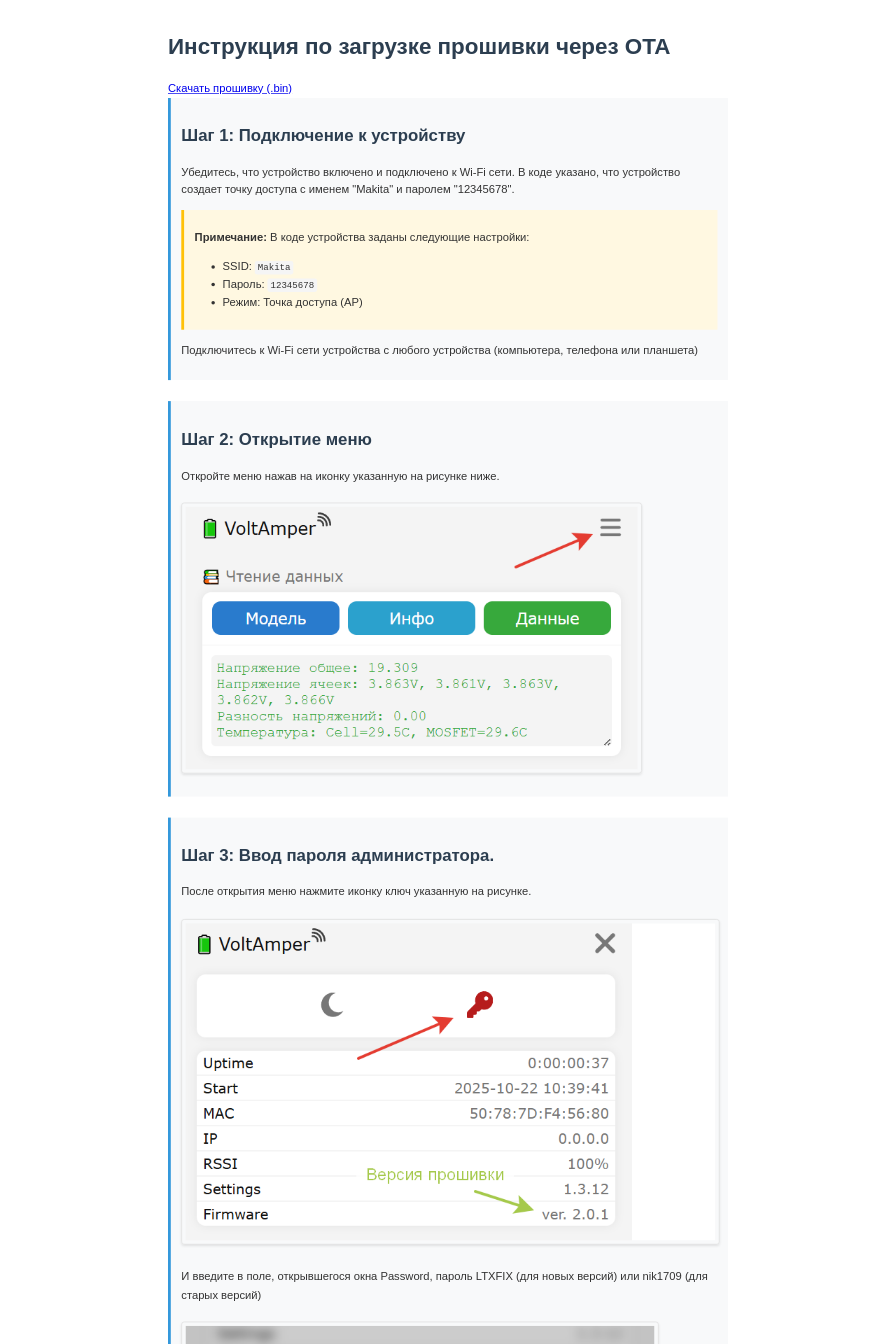
Repository: NikElectronics/ELIXStoFIX
Page: firmware.html
An editor plug-in stored every save of this project. The page is shown before and after the next save, followed by the edit.
The browser window is 1280 px wide. The pictures show the part of the page from y = 0 to 1920 px (the page is 5209 px tall before and 5250 px after), at 70% of full size.

Above is the page before, as saved 2025-10-22 10:40:48.

### firmware.html
<!DOCTYPE html>
<html lang="ru">

<head>
    <meta charset="UTF-8">
    <meta name="viewport" content="width=device-width, initial-scale=1.0">
    <title>Инструкция по OTA-обновлению</title>
    <style>
        body {
            font-family: Arial, sans-serif;
            line-height: 1.6;
            max-width: 800px;
            margin: 0 auto;
            padding: 20px;
            color: #333;
        }

        h1,
        h2,
        h3 {
            color: #2c3e50;
        }

        .step {
            margin-bottom: 30px;
            padding: 15px;
            border-left: 4px solid #3498db;
            background-color: #f8f9fa;
        }

        .screenshot {
            max-width: 100%;
            border: 1px solid #ddd;
            border-radius: 4px;
            padding: 5px;
            margin: 10px 0;
            box-shadow: 0 2px 4px rgba(0, 0, 0, 0.1);
        }

        .note {
            background-color: #fff8e1;
            border-left: 4px solid #ffc107;
            padding: 10px 15px;
            margin: 15px 0;
        }

        .warning {
            background-color: #ffebee;
            border-left: 4px solid #f44336;
            padding: 10px 15px;
            margin: 15px 0;
        }

        code {
            background-color: #f5f5f5;
            padding: 2px 4px;
            border-radius: 3px;
            font-family: monospace;
        }
    </style>
</head>

<body>
    <h1>Инструкция по загрузке прошивки через OTA</h1>
    <a href="files/lxtfix_V201.bin" download>Скачать прошивку (.bin)</a>
    <div class="step">
        <h2>Шаг 1: Подключение к устройству</h2>
        <p>Убедитесь, что устройство включено и подключено к Wi-Fi сети. В коде указано, что устройство создает точку
            доступа с именем "Makita" и паролем "12345678".</p>
        <div class="note">
            <p><strong>Примечание:</strong> В коде устройства заданы следующие настройки:</p>
            <ul>
                <li>SSID: <code>Makita</code></li>
                <li>Пароль: <code>12345678</code></li>
                <li>Режим: Точка доступа (AP)</li>
            </ul>
        </div>
        <p>Подключитесь к Wi-Fi сети устройства с любого устройства (компьютера, телефона или планшета)</p>

    </div>

    <div class="step">
        <h2>Шаг 2: Открытие меню</h2>
        <p>Откройте меню нажав на иконку указанную на рисунке ниже. </p>
        <img src="images/menu.png" alt="Главная страница веб-интерфейса" class="screenshot">
    </div>

    <div class="step">
        <h2>Шаг 3: Ввод пароля администратора.</h2>
        <p>После открытия меню нажмите иконку ключ указанную на рисунке.</p>
        <img src="images/menu_open.png" alt="Главная страница веб-интерфейса" class="screenshot">
        <p>И введите в поле, открывшегося окна Password, пароль LTXFIX (для новых версий) или nik1709 (для старых
            версий)</p>
        <img src="images/password.png" alt="Главная страница веб-интерфейса" class="screenshot">
    </div>

    <div class="step">
        <h2>Шаг 4: Выбор прошивки</h2>
        <p>После ввода правильного пароля иконка ключа станет зеленым и появится иконка ОТА (облако)".</p>
        <p>Нажав на иконку OTA откроется прводник файлов вашего устройства. Найдите и выберите заранее скачанную
            прошивку.</p>
        <img src="images/pass_good.png" alt="Раздел программатора" class="screenshot">
        <div class="note">
            <p><strong>Примечание:</strong> Убедитесь, что файл прошивки имеет правильный формат (обычно .bin) и
                совместим с вашим устройством.</p>
        </div>
    </div>

    <div class="step">
        <h2>Шаг 5: Загрузка новой прошивки</h2>
        <p>После выбора файла прошивки нажмите кнопку ОК для начала загрузки. </p>
        <img src="images/firmware.png" alt="Интерфейс загрузки прошивки" class="screenshot">

    </div>

    <div class="step">
        <h2>Шаг 6: Процесс обновления</h2>
        <p>При обновлении прошивки иконка облако станет зеленым. Не прерывайте процесс обновления и не отключайте
            питание устройства до появления сообщения "OTA завершено" в нижней части экрана.</p>
        <img src="images/green.png" alt="Процесс обновления прошивки" class="screenshot">
        <div class="warning">
            <p><strong>Внимание:</strong> Прерывание процесса обновления может привести к повреждению прошивки и
                необходимости физического перепрограммирования устройства!</p>
        </div>
    </div>

    <div class="step">
        <h2>Шаг 7: Завершение обновления</h2>
        <p>После успешной загрузки прошивки устройство обычно перезагружается автоматически. Если этого не произошло, вы
            можете перезагрузить устройство вручную с помощью кнопки "Перезагрузить" в веб-интерфейсе или выключив и включив питание.</p>
    </div>

    <div class="step">
        <h2>Шаг 8: Проверка новой версии</h2>
        <p>После перезагрузки снова откройте меню и проверьте, что версия прошивки изменилась на новую.</p>
        <img src="images/control.png" alt="Процесс обновления прошивки" class="screenshot">
    </div>

    <div class="note">
        <h3>Дополнительная информация</h3>
        <p>В коде устройства реализована система лицензирования через серийный номер. Если после обновления возникают
            проблемы с лицензией, проверьте правильность введенного ключа в разделе программатора. Обратитесь в техподдержку.</p>
    </div>

    <div class="warning">
        <h3>Важные предупреждения</h3>
        <ul>
            <li>Под паролем администратора не совершайте иных действий кроме указанных в данной инструкции.</li>
            <li>Убедитесь, что источник прошивки надежный и файл не поврежден</li>
            <li>Не прерывайте процесс обновления</li>
            <li>Убедитесь, что устройство имеет стабильное питание во время обновления</li>
        </ul>
    </div>
</body>

</html>

After the next save:
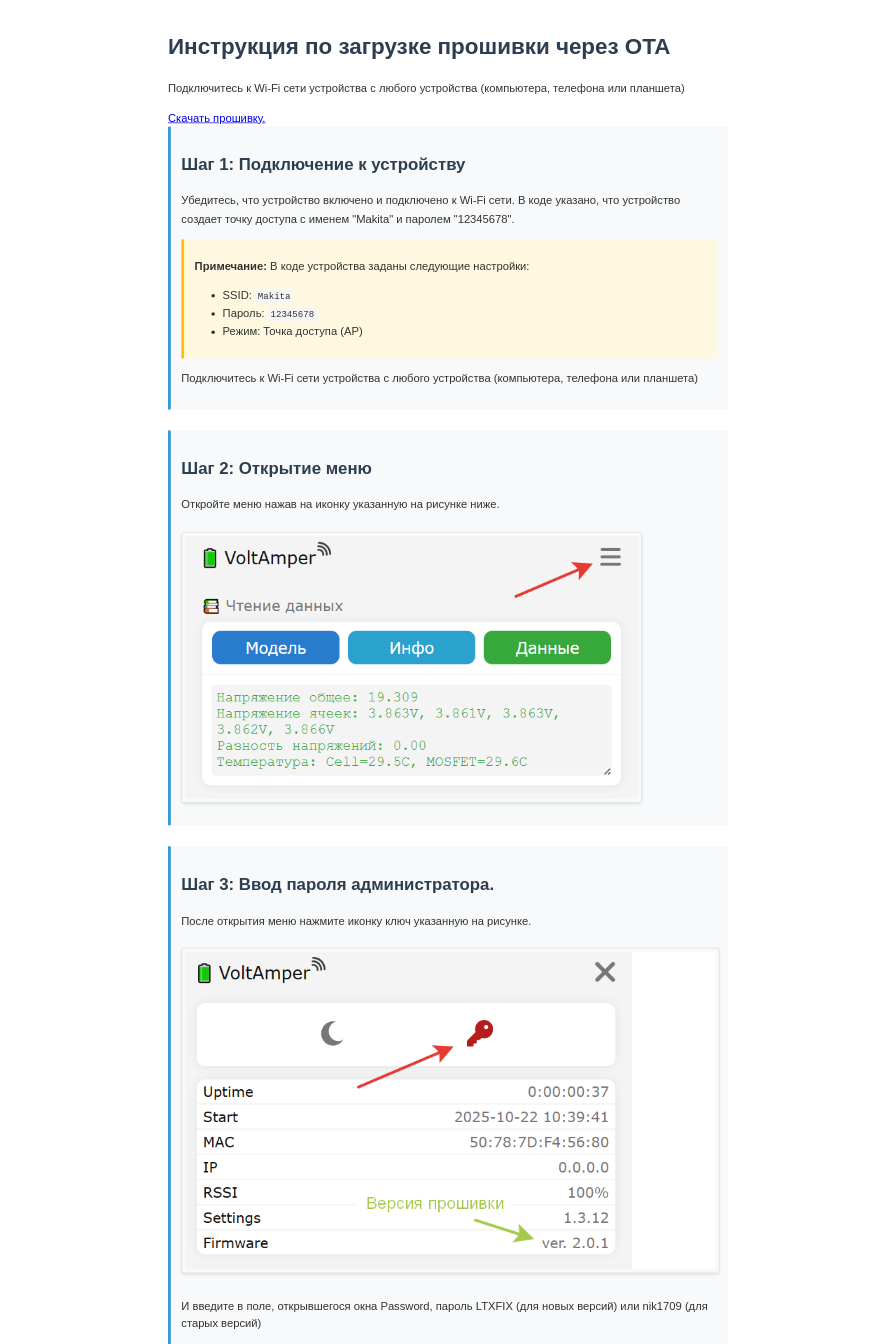
Saved 2 min 57 s later.
--- a/firmware.html
+++ b/firmware.html
@@ -62,7 +62,8 @@
 
 <body>
     <h1>Инструкция по загрузке прошивки через OTA</h1>
-    <a href="files/lxtfix_V201.bin" download>Скачать прошивку (.bin)</a>
+    <p>Подключитесь к Wi-Fi сети устройства с любого устройства (компьютера, телефона или планшета)</p>
+    <a href="files/lxtfix_V201.bin" download>Скачать прошивку.</a>
     <div class="step">
         <h2>Шаг 1: Подключение к устройству</h2>
         <p>Убедитесь, что устройство включено и подключено к Wi-Fi сети. В коде указано, что устройство создает точку
@@ -76,7 +77,6 @@
             </ul>
         </div>
         <p>Подключитесь к Wi-Fi сети устройства с любого устройства (компьютера, телефона или планшета)</p>
-
     </div>
 
     <div class="step">
